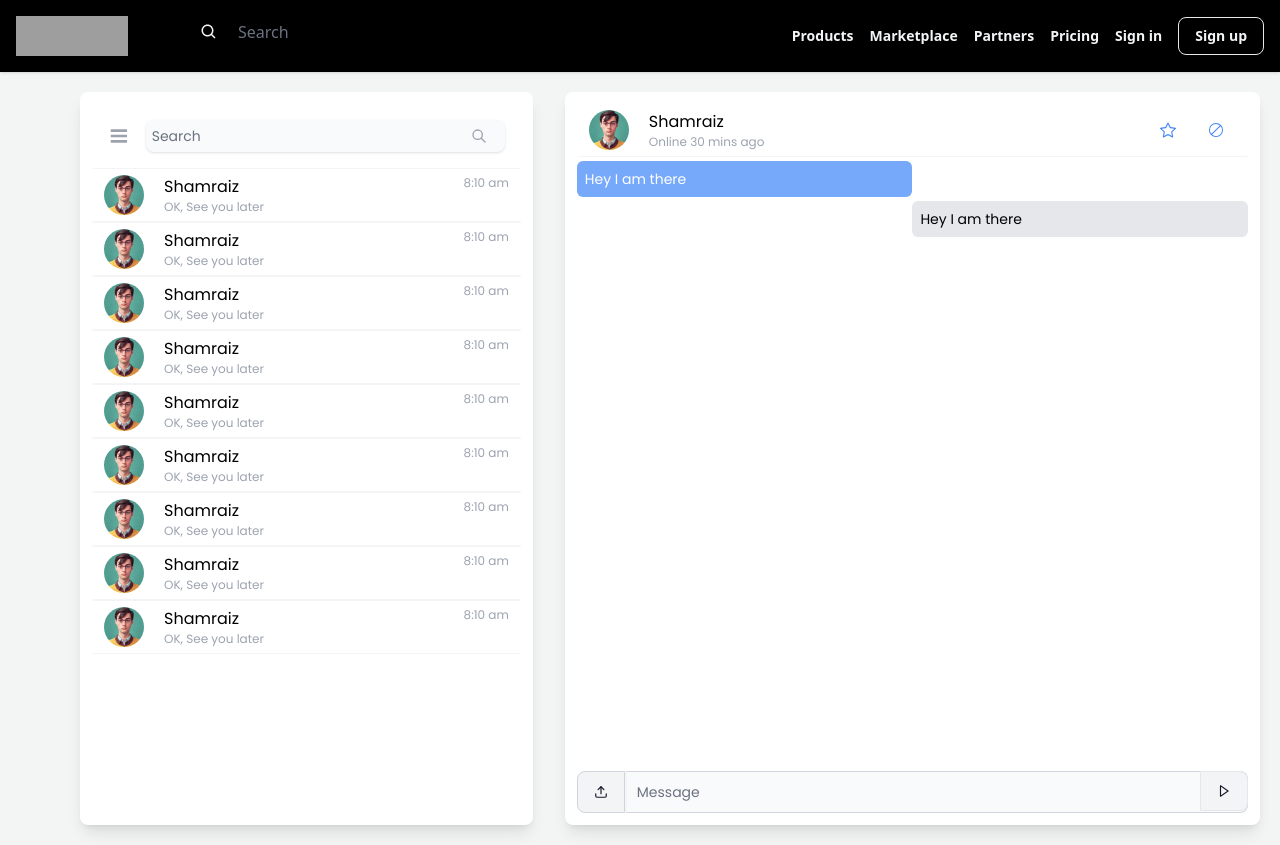
Repository: Shamraiz761/Frontend-Assessment
Page: /chat
The author's editor kept a copy of each file at every save. The page is drawn from the files as they stood at one save, then again after the next save.
The browser window is 1280 px wide. The pictures show the whole page.
Pictures or frames that could not be fetched are drawn as grey boxes. The project was rebuilt for these pictures with package versions that can differ from the ones it lists, and the page was loaded fresh each time. Also part of the build but not shown: vite.config.js, src/routes/index.css, src/routes/root.jsx, src/pages/orders/index.jsx, src/pages/submission/index.jsx, src/pages/admin/index.css, src/components/admin/card.jsx, src/components/admin/addCard.jsx and 4 more. Imported but missing from the stored project, and not drawn on this page: src/pages/auth/login, src/pages/tasks, src/routes/profileLayout.

Above is the page before, as saved 2023-07-06 14:03:31.

After the next save:
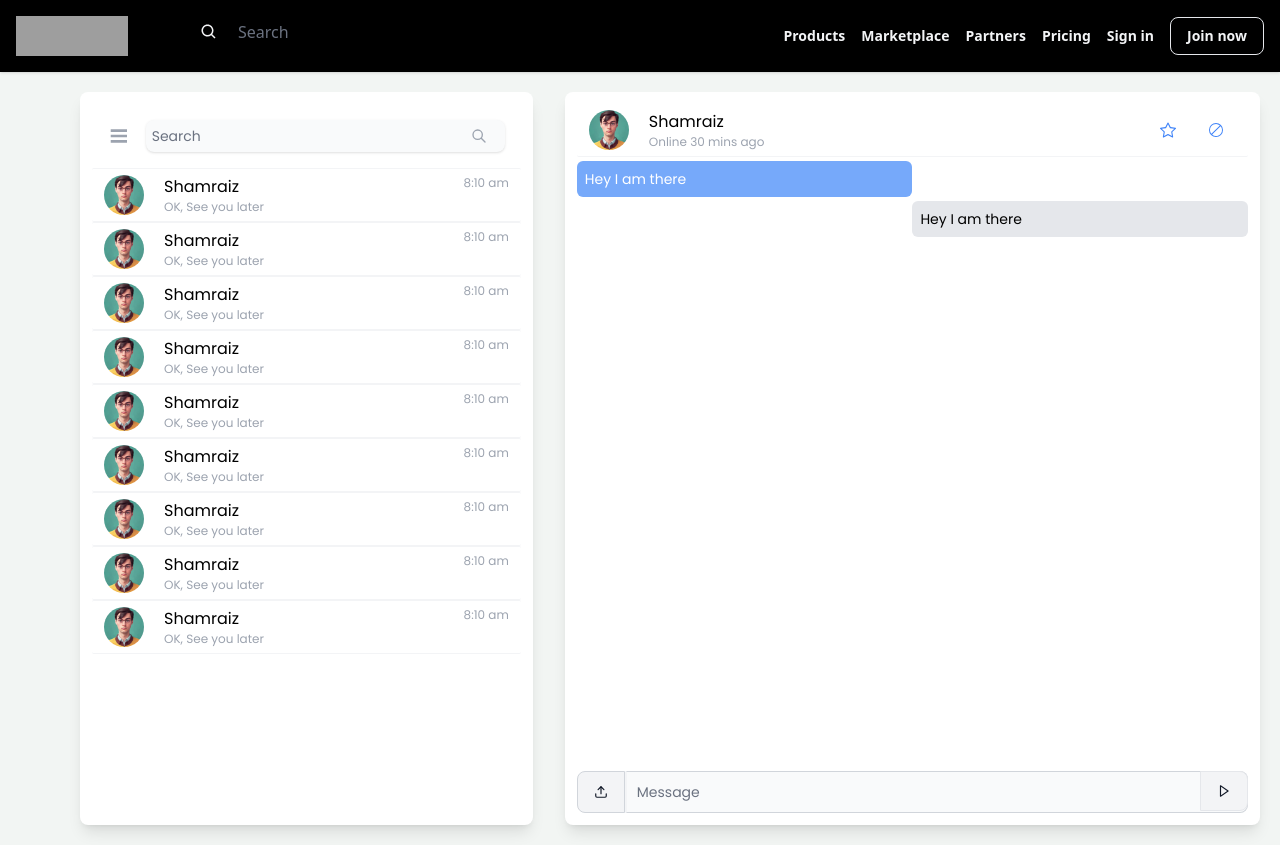
Saved 35 s later.
--- a/src/components/header/index.jsx
+++ b/src/components/header/index.jsx
@@ -78,7 +78,7 @@ function Header() {
                     href="#"
                     class="text-gray-100 text-sm font-semibold border px-4 py-2 rounded-lg hover:text-purple-600 hover:border-purple-600"
                   >
-                    Sign up
+                    Join now
                   </a>
                 </div>
               </div>
